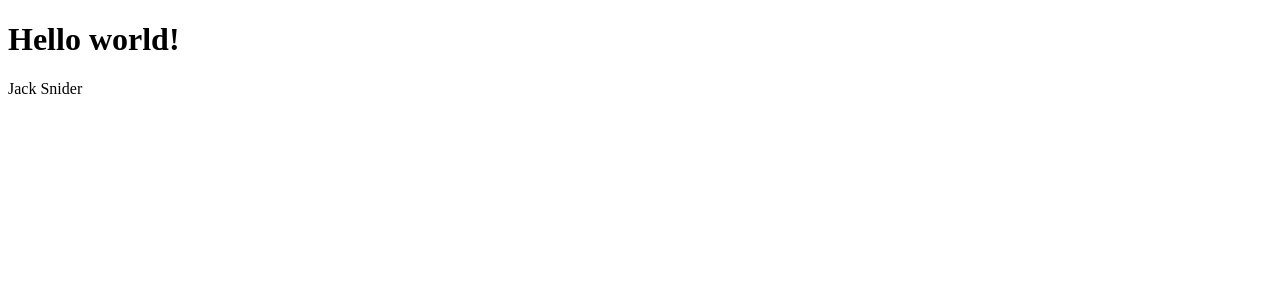
Repository: Jack-Snider/JSP-PlayGround
Page: http://localhost/TEST/views/test.jsp
An editor plug-in stored every save of this project. The page is shown before and after a run of saves, followed by the edit.
The browser window is 1280 px wide. The pictures show the whole page.
The page is served by Tomcat 9.

Above is the page before, as saved 2022-10-03 05:40:35.

After the next 2 saves:
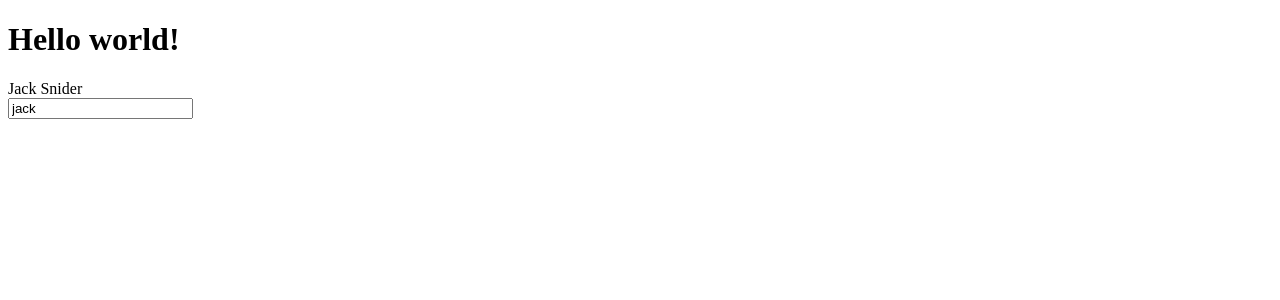
The 2 saves are shown as one change because they came seconds apart.
The last was saved 18 s later.
--- a/TEST/src/main/webapp/views/test.jsp
+++ b/TEST/src/main/webapp/views/test.jsp
@@ -16,7 +16,7 @@
 		<div id = "div">Jack Snider</div>
 
 		<form action="<%= request.getContextPath()%>/jacksnider.do" method = "post">
-
+			<input id = "jack" value = "jack">
 		</form>
 
 
